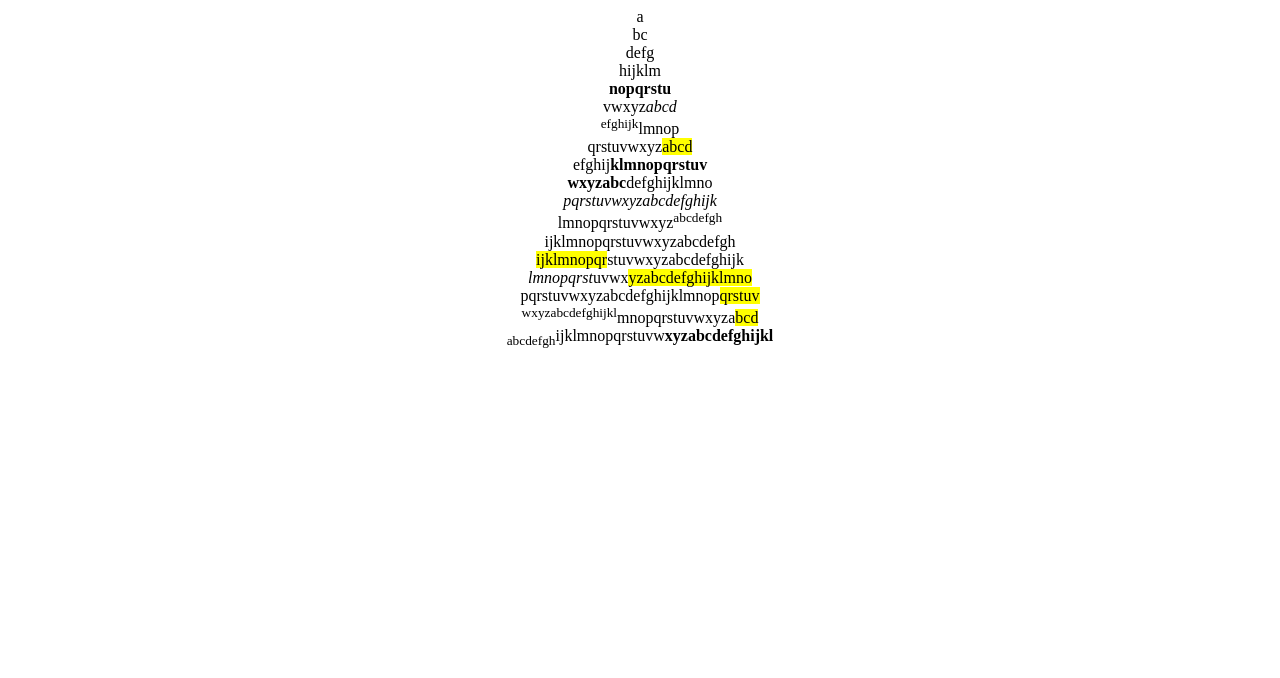
Repository: steil881/steil881.github.io
Page: lab/composition/sample.html
The author's editor kept a record of every edit. The page is drawn from the files as they stood at one moment, then again after the next edit.
The browser window is 1280 px wide. The pictures show the whole page.

Above is the page before.

### lab/composition/sample.html
<p>
<center>

   a <br>
   bc <br>
   defg <br>
   hijklm <br>
   <strong>nopqrstu<br></strong>
   vwxyz<em>abcd<br></em>
   <sup>efghijk</sup>lmnop<br>
   qrstuvwxyz<mark>abcd<br></mark>
   efghij<strong>klmnopqrstuv<br> </strong>
   <strong>wxyzabc</strong>defghijklmno<br>
   <em>pqrstuvwxyzabcdefghijk<br></em>
   lmnopqrstuvwxyz<sup>abcdefgh<br></sup>
   ijklmnopqrstuvwxyzabcdefgh<br>
   <mark>ijklmnopqr</mark>stuvwxyzabcdefghijk<br>
   <em>lmnopqrst</em>uvwx<mark>yzabcdefghijklmno<br></mark>
   pqrstuvwxyzabcdefghijklmnop<mark>qrstuv<br></mark>
   <sup>wxyzabcdefghijkl</sup>mnopqrstuvwxyza<mark>bcd<br></mark>
   <sub>abcdefgh</sub>ijklmnopqrstuvw<strong>xyzabcdefghijkl</strong>
</center>



</p>

After the next edit:
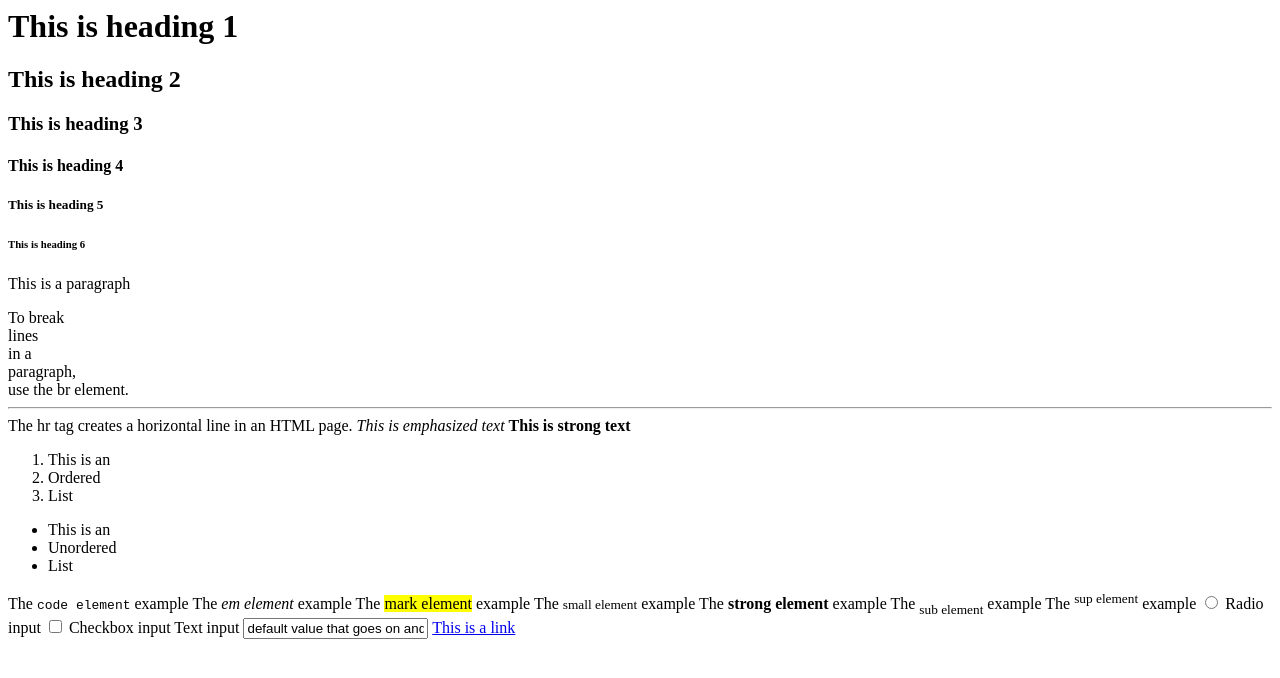
The edit:
--- a/lab/composition/sample.html
+++ b/lab/composition/sample.html
@@ -1,26 +1,53 @@
-<p>
-<center>
+<h1>This is heading 1</h1>
+<h2>This is heading 2</h2>
+<h3>This is heading 3</h3>
+<h4>This is heading 4</h4>
+<h5>This is heading 5</h5>
+<h6>This is heading 6</h6>
 
-   a <br>
-   bc <br>
-   defg <br>
-   hijklm <br>
-   <strong>nopqrstu<br></strong>
-   vwxyz<em>abcd<br></em>
-   <sup>efghijk</sup>lmnop<br>
-   qrstuvwxyz<mark>abcd<br></mark>
-   efghij<strong>klmnopqrstuv<br> </strong>
-   <strong>wxyzabc</strong>defghijklmno<br>
-   <em>pqrstuvwxyzabcdefghijk<br></em>
-   lmnopqrstuvwxyz<sup>abcdefgh<br></sup>
-   ijklmnopqrstuvwxyzabcdefgh<br>
-   <mark>ijklmnopqr</mark>stuvwxyzabcdefghijk<br>
-   <em>lmnopqrst</em>uvwx<mark>yzabcdefghijklmno<br></mark>
-   pqrstuvwxyzabcdefghijklmnop<mark>qrstuv<br></mark>
-   <sup>wxyzabcdefghijkl</sup>mnopqrstuvwxyza<mark>bcd<br></mark>
-   <sub>abcdefgh</sub>ijklmnopqrstuvw<strong>xyzabcdefghijkl</strong>
-</center>
+<p>This is a paragraph</p>
 
+To break<br />lines<br />in a<br />paragraph,<br />use the br element.
 
+<hr />
+The hr tag creates a horizontal line in an HTML page.
 
-</p>
+<em>This is emphasized text</em>
+
+<strong>This is strong text</strong>
+
+<!--This is a comment. Comments are not displayed in the browser-->
+
+<ol>
+  <li>This is an</li>
+  <li>Ordered</li>
+  <li>List</li>
+</ol>
+
+<ul>
+  <li>This is an</li>
+  <li>Unordered</li>
+  <li>List</li>
+</ul>
+
+The <code>code element</code> example
+
+The <em>em element</em> example
+
+The <mark>mark element</mark> example
+
+The <small>small element</small> example
+
+The <strong>strong element</strong> example
+
+The <sub>sub element</sub> example
+
+The <sup>sup element</sup> example
+
+<input type="radio" name="rad"> Radio input
+
+<input type="checkbox"> Checkbox input
+
+Text input <input type="text" value="default value that goes on and on without stopping or punctuation">
+
+<a href="http://www.newschool.edu">This is a link</a>
